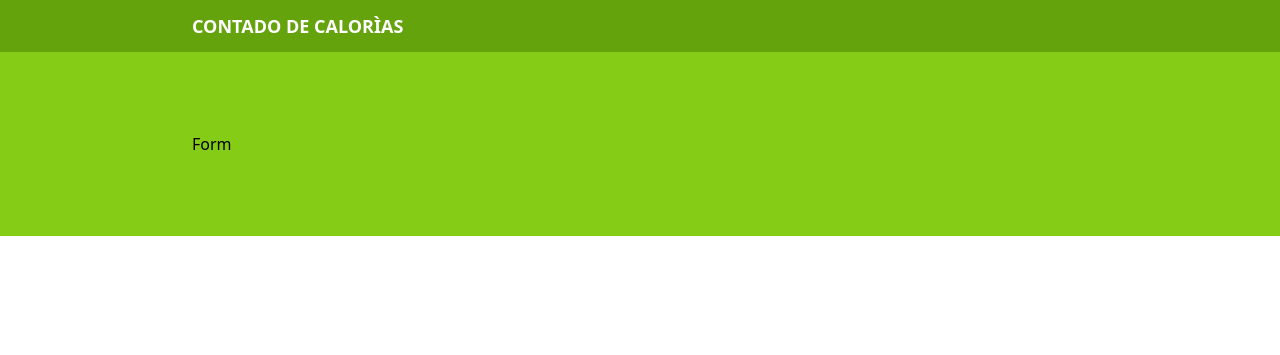
Repository: Matiiu/calorie-tracker
Page: /
These files come from the project's save history. The page is drawn as it stood at one moment and after the next save; the edit follows.
The browser window is 1280 px wide. The pictures show the whole page.
The project was rebuilt for these pictures with package versions that can differ from the ones it lists, and the page was loaded fresh each time. Also part of the build but not shown: vite.config.ts.

Above is the page before, as saved 2024-03-30 22:32:50.

### index.html
<!doctype html>
<html lang="en">
  <head>
    <meta charset="UTF-8" />
    <link rel="icon" type="image/svg+xml" href="/vite.svg" />
    <meta name="viewport" content="width=device-width, initial-scale=1.0" />
    <title>Contador de Calorías - React</title>
  </head>
  <body>
    <div id="root"></div>
    <script type="module" src="/src/main.tsx"></script>
  </body>
</html>

### src/App.tsx
import Header from "./components/Header";
import Form from "./components/Form";
export default function App() {
  return (
    <>
      <Header />

      <section className="bg-lime-500 py-20 px-5">
        <div className="max-w-4xl mx-auto">
          <Form />
        </div>
      </section>
    </>
  );
}

### src/components/Header.tsx
export default function Header() {
  return (
    <header className="bg-lime-600 py-3">
      <div className="max-w-4xl mx-auto flex justify-between">
        <h1 className="text-center text-lg font-bold text-white uppercase">
          Contado de Calorìas
        </h1>
      </div>
    </header>
  );
}

### src/components/Form.tsx
export default function Form() {
  return (
    <div>Form</div>
  );
}

Loaded but not shown: src/main.tsx (common file); src/index.css (common file); tailwind.config.js (common file)

After the next save:
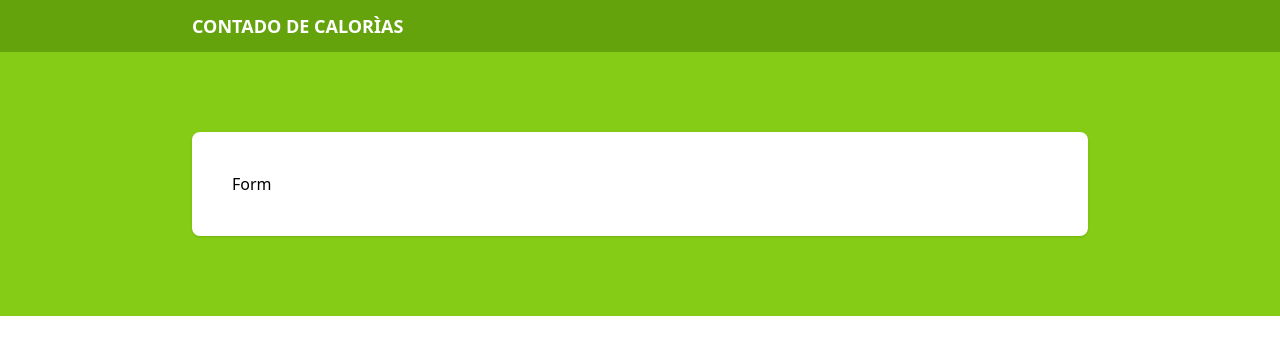
Saved 55 s later.
--- a/src/components/Form.tsx
+++ b/src/components/Form.tsx
@@ -1,5 +1,5 @@
 export default function Form() {
   return (
-    <div>Form</div>
+    <form className="space-y-5 bg-white shadow p-10 rounded-lg">Form</form>
   );
 }
